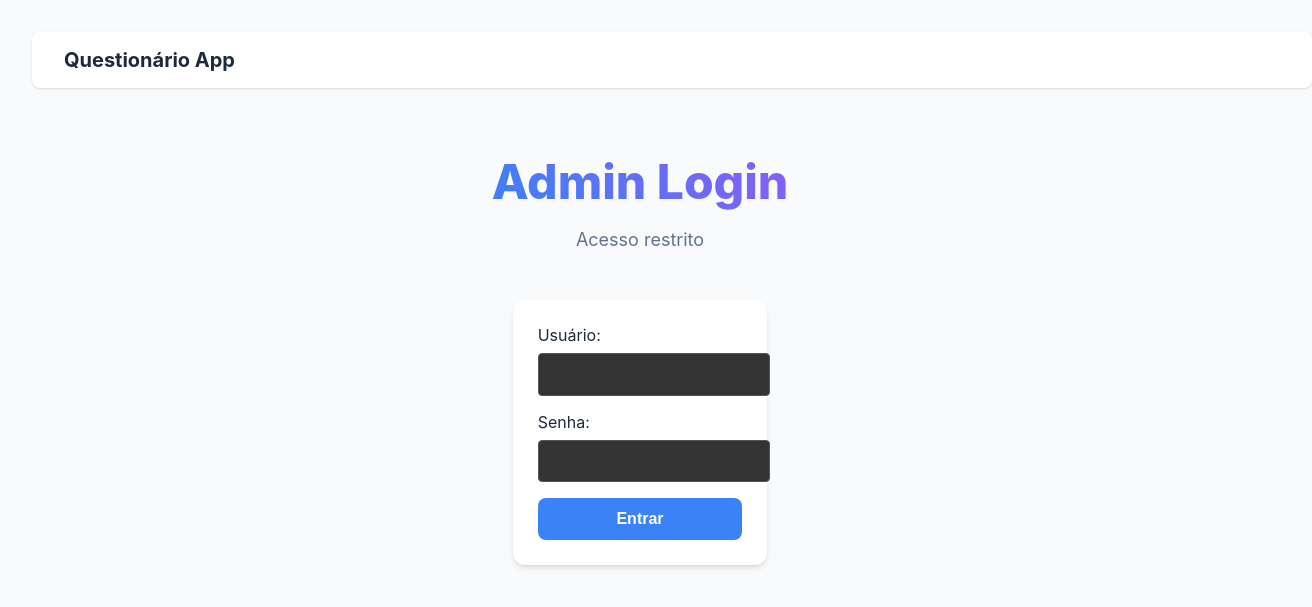
Repository: marcelomirandasilva/questionario
Page: /login (app in frontend/)
These files come from the project's save history. The page is drawn as it stood at one moment and after the next save; the edit follows.
The browser window is 1280 px wide. The page is 1312 px wide, so the pictures cover 1312 px, including what lies to the right of the window. The pictures show the whole page.
The project was rebuilt for these pictures with package versions that can differ from the ones it lists, and the page was loaded fresh each time. Also part of the build but not shown: frontend/vite.config.js, frontend/src/pages/Home.jsx, frontend/src/pages/Responder.jsx, frontend/src/pages/Admin.jsx.

Above is the page before, as saved 2026-01-07 09:52:28.

### frontend/src/index.css
:root {
  --font-family: 'Inter', system-ui, Avenir, Helvetica, Arial, sans-serif;
  --line-height: 1.5;
  --font-weight: 400;

  /* Palette Premium */
  --color-bg-body: #f8fafc;
  --color-bg-card: #ffffff;
  --color-text-primary: #1e293b;
  --color-text-secondary: #64748b;
  --color-primary: #3b82f6;
  --color-primary-hover: #2563eb;
  --color-danger: #ef4444;
  --color-success: #22c55e;

  --shadow-sm: 0 1px 3px 0 rgb(0 0 0 / 0.1), 0 1px 2px -1px rgb(0 0 0 / 0.1);
  --shadow-md: 0 4px 6px -1px rgb(0 0 0 / 0.1), 0 2px 4px -2px rgb(0 0 0 / 0.1);
  --shadow-lg: 0 10px 15px -3px rgb(0 0 0 / 0.1), 0 4px 6px -4px rgb(0 0 0 / 0.1);

  --radius-md: 0.5rem;
  --radius-lg: 0.75rem;

  color-scheme: light dark;
  background-color: var(--color-bg-body);
  color: var(--color-text-primary);

  font-synthesis: none;
  text-rendering: optimizeLegibility;
  -webkit-font-smoothing: antialiased;
  -moz-osx-font-smoothing: grayscale;
}

body {
  margin: 0;
  display: flex;
  place-items: start center;
  min-width: 320px;
  min-height: 100vh;
  font-family: var(--font-family);
}

#root {
  width: 100%;
  max-width: 1280px;
  margin: 0 auto;
  padding: 2rem;
  text-align: center;
}

.container {
  display: flex;
  flex-direction: column;
  gap: 2rem;
  align-items: center;
}

.navbar {
  width: 100%;
  padding: 1rem 2rem;
  background: var(--color-bg-card);
  box-shadow: var(--shadow-sm);
  border-radius: var(--radius-md);
  margin-bottom: 2rem;
  font-weight: bold;
  font-size: 1.25rem;
  display: flex;
  justify-content: space-between;
}

.hero {
  text-align: center;
}

.hero h1 {
  font-size: 3rem;
  font-weight: 800;
  background: -webkit-linear-gradient(45deg, var(--color-primary), #8b5cf6);
  -webkit-background-clip: text;
  -webkit-text-fill-color: transparent;
  margin-bottom: 0.5rem;
}

.hero p {
  color: var(--color-text-secondary);
  font-size: 1.125rem;
}

.btn-primary {
  background-color: var(--color-primary);
  color: white;
  border: none;
  padding: 0.75rem 1.5rem;
  border-radius: var(--radius-md);
  font-weight: 600;
  cursor: pointer;
  transition: all 0.2s;
  font-size: 1rem;
}

.btn-primary:hover {
  background-color: var(--color-primary-hover);
  transform: translateY(-1px);
  box-shadow: var(--shadow-md);
}

.questionario-list {
  display: grid;
  grid-template-columns: repeat(auto-fill, minmax(300px, 1fr));
  gap: 1.5rem;
  width: 100%;
}

.card {
  background: var(--color-bg-card);
  padding: 1.5rem;
  border-radius: var(--radius-lg);
  box-shadow: var(--shadow-md);
  text-align: left;
  transition: all 0.3s ease;
  border: 1px solid transparent;
}

.card:hover {
  transform: translateY(-4px);
  box-shadow: var(--shadow-lg);
  border-color: rgba(59, 130, 246, 0.2);
}

.card h3 {
  margin-top: 0;
  color: var(--color-text-primary);
}

.card p {
  color: var(--color-text-secondary);
  line-height: 1.6;
}

.link {
  display: inline-block;
  margin-top: 1rem;
  color: var(--color-primary);
  text-decoration: none;
  font-weight: 600;
}

.link:hover {
  text-decoration: underline;
}

.empty-state {
  grid-column: 1 / -1;
  text-align: center;
  padding: 3rem;
  background: var(--color-bg-card);
  border-radius: var(--radius-lg);
  color: var(--color-text-secondary);
  border: 2px dashed rgb(226, 232, 240);
}

### frontend/src/App.jsx
import { BrowserRouter as Router, Routes, Route, Navigate } from 'react-router-dom';
import Home from './pages/Home';
import Responder from './pages/Responder';
import Admin from './pages/Admin';
import Login from './pages/Login';
import './index.css';

function App() {
  return (
    <Router>
      <div className="app-layout">
        <nav className="navbar">
          <div className="logo">Questionário App</div>
        </nav>
        <Routes>
          <Route path="/" element={<Home />} />
          <Route path="/login" element={<Login />} />
          <Route path="/admin" element={<Admin />} />
          {/* Rota temporária para testes diretos */}
          <Route path="/responder/:id" element={<Responder mode="public" />} />
          {/* Nova rota oficial via Token */}
          <Route path="/convite/:token" element={<Responder mode="token" />} />
        </Routes>
      </div>
    </Router>
  );
}

export default App;

### frontend/src/pages/Login.jsx
import { useState } from 'react';
import { useNavigate } from 'react-router-dom';
import api from '../services/api';

function Login() {
  const navigate = useNavigate();
  const [username, setUsername] = useState('');
  const [password, setPassword] = useState('');
  const [error, setError] = useState(null);

  const handleLogin = async (e) => {
    e.preventDefault();
    try {
      const res = await api.post('/auth/login', { username, password });

      // Salvar sessão (simples)
      localStorage.setItem('user', JSON.stringify(res.data.user)); // ou token se tivesse
      localStorage.setItem('isLoggedIn', 'true');

      navigate('/admin');
    } catch (err) {
      setError("Usuário ou senha inválidos");
      console.error(err);
    }
  };

  return (
    <div className="container">
      <header className="hero">
        <h1>Admin Login</h1>
        <p>Acesso restrito</p>
      </header>

      <div className="card" style={{maxWidth: '900px', margin: '0 auto', textAlign: 'left'}}>
        <form onSubmit={handleLogin}>
          <div style={{marginBottom: '1rem'}}>
            <label style={{display: 'block', marginBottom: '0.5rem'}}>Usuário:</label>
            <input
              type="text"
              value={username}
              onChange={e => setUsername(e.target.value)}
              style={{width: '100%', padding: '0.8rem', borderRadius: '4px', background: '#333', color: '#fff', border: '1px solid #555'}}
            />
          </div>
          <div style={{marginBottom: '1rem'}}>
             <label style={{display: 'block', marginBottom: '0.5rem'}}>Senha:</label>
             <input
               type="password"
               value={password}
               onChange={e => setPassword(e.target.value)}
               style={{width: '100%', padding: '0.8rem', borderRadius: '4px', background: '#333', color: '#fff', border: '1px solid #555'}}
             />
          </div>
          {error && <p style={{color: '#ff6b6b', marginBottom: '1rem'}}>{error}</p>}
          <button type="submit" className="btn-primary" style={{width: '100%'}}>Entrar</button>
        </form>
      </div>
    </div>
  );
}

export default Login;

### frontend/src/services/api.js
import axios from 'axios';

const api = axios.create({
    baseURL: '/api', // O proxy do Vite redirecionará isso para http://localhost:8080
    headers: {
        'Content-Type': 'application/json',
    },
});

export default api;

Loaded but not shown: frontend/index.html (common file); frontend/src/main.jsx (common file)

After the next save:
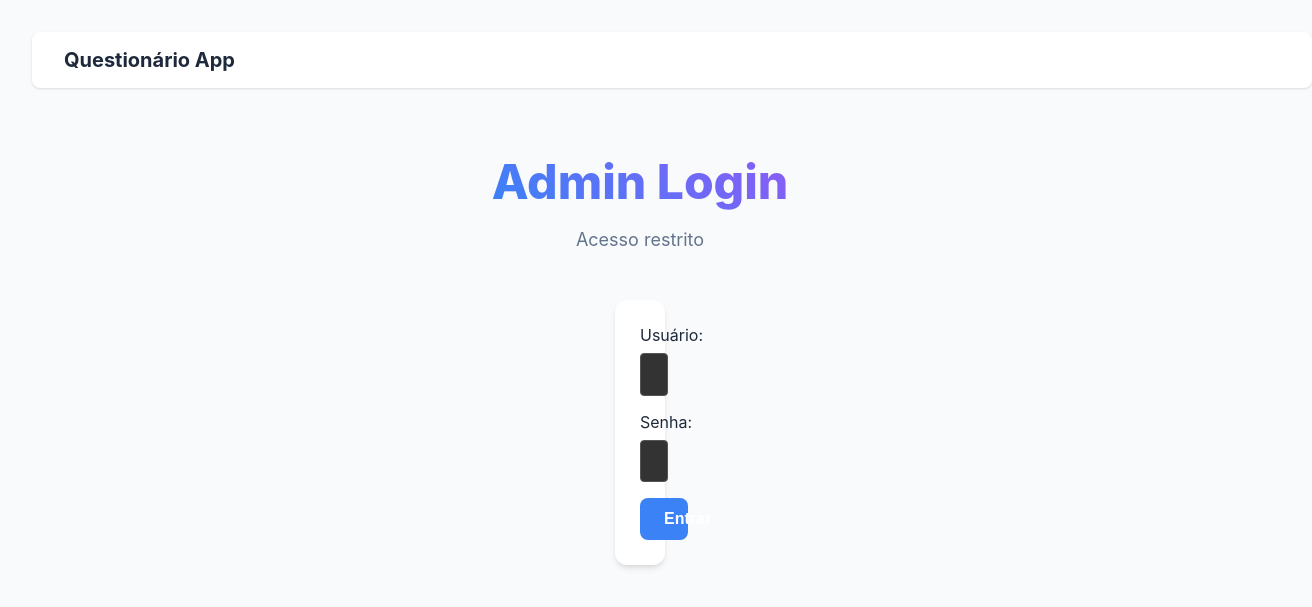
Saved 6 s later.
--- a/frontend/src/pages/Login.jsx
+++ b/frontend/src/pages/Login.jsx
@@ -31,7 +31,7 @@
         <p>Acesso restrito</p>
       </header>
 
-      <div className="card" style={{maxWidth: '900px', margin: '0 auto', textAlign: 'left'}}>
+      <div className="card" style={{maxWidth: '0px', margin: '0 auto', textAlign: 'left'}}>
         <form onSubmit={handleLogin}>
           <div style={{marginBottom: '1rem'}}>
             <label style={{display: 'block', marginBottom: '0.5rem'}}>Usuário:</label>

After the save that followed:
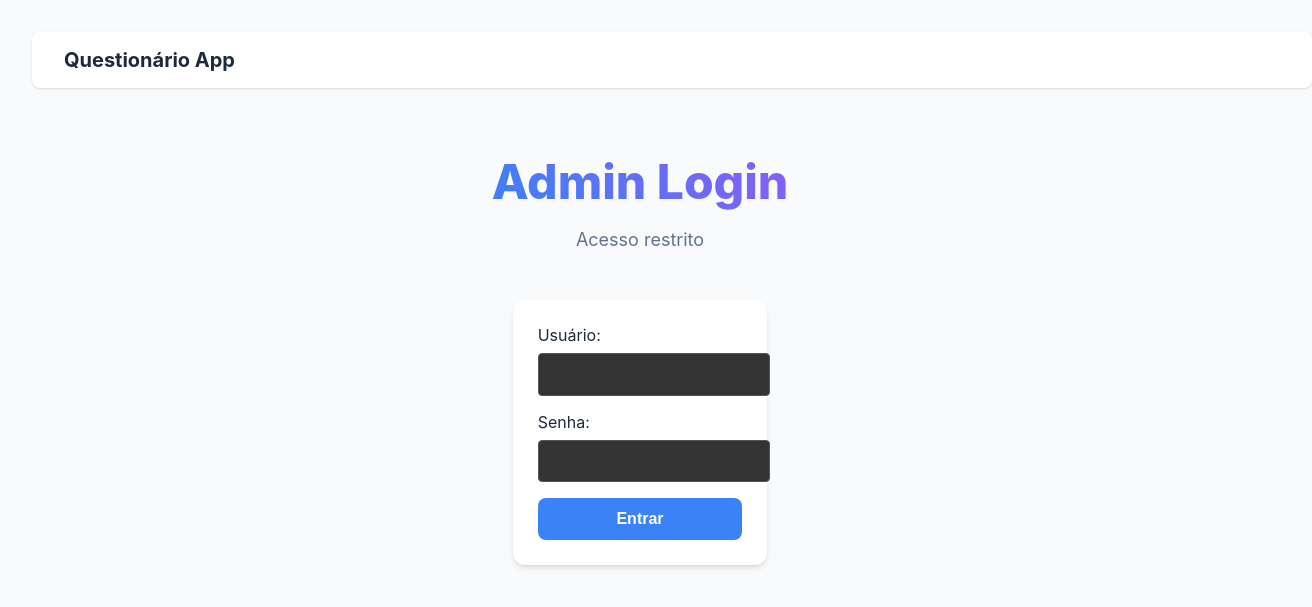
Saved 6 s later.
--- a/frontend/src/pages/Login.jsx
+++ b/frontend/src/pages/Login.jsx
@@ -31,7 +31,7 @@
         <p>Acesso restrito</p>
       </header>
 
-      <div className="card" style={{maxWidth: '0px', margin: '0 auto', textAlign: 'left'}}>
+      <div className="card" style={{maxWidth: '600px', margin: '0 auto', textAlign: 'left'}}>
         <form onSubmit={handleLogin}>
           <div style={{marginBottom: '1rem'}}>
             <label style={{display: 'block', marginBottom: '0.5rem'}}>Usuário:</label>
